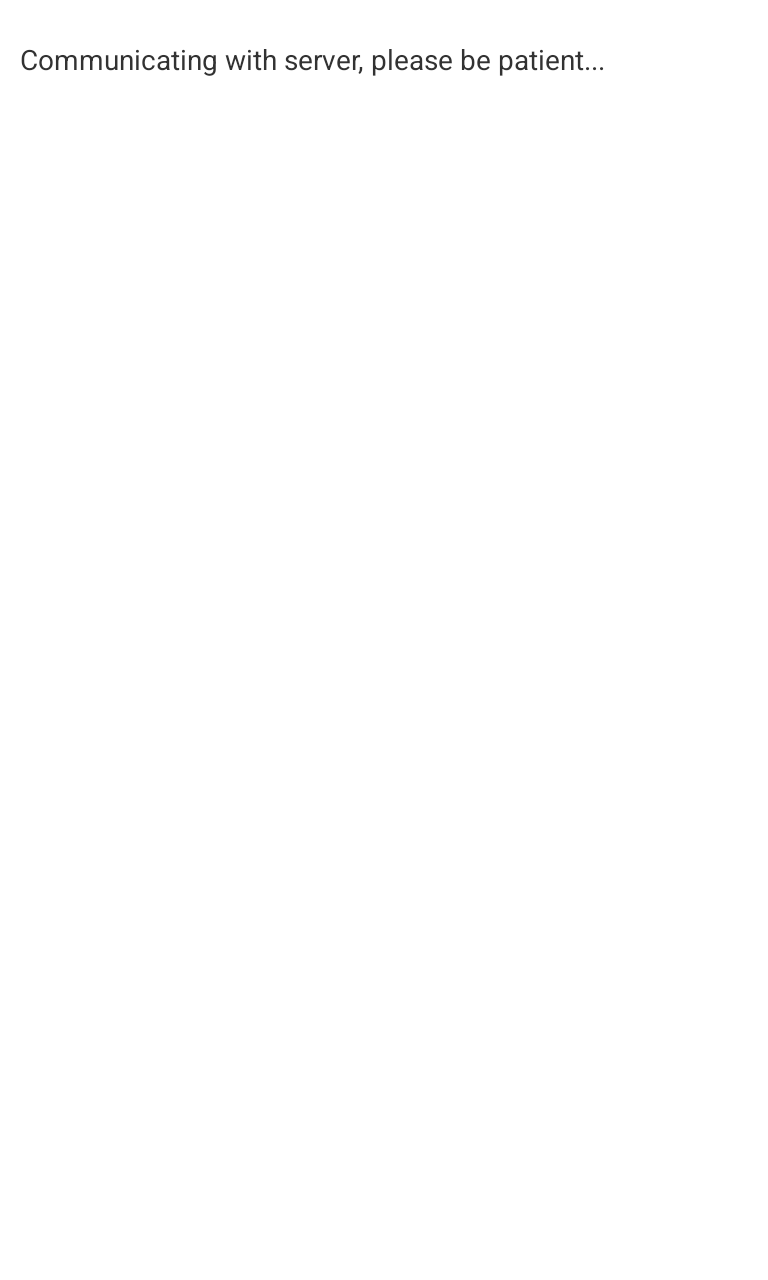
Repository: Tacohen/Killbots
Layout: Killbots/res/layout/cloud_communication.xml
The author's editor kept a copy of each file at every save. The layout is drawn from the files as they stood at one save, then again after the next save.
It is drawn on a 768 x 1280 px phone screen (xhdpi) without system bars, with theme AppTheme; the app's code is not run.

Above is the layout before, as saved 2013-12-10 03:10:43.

After the next save:
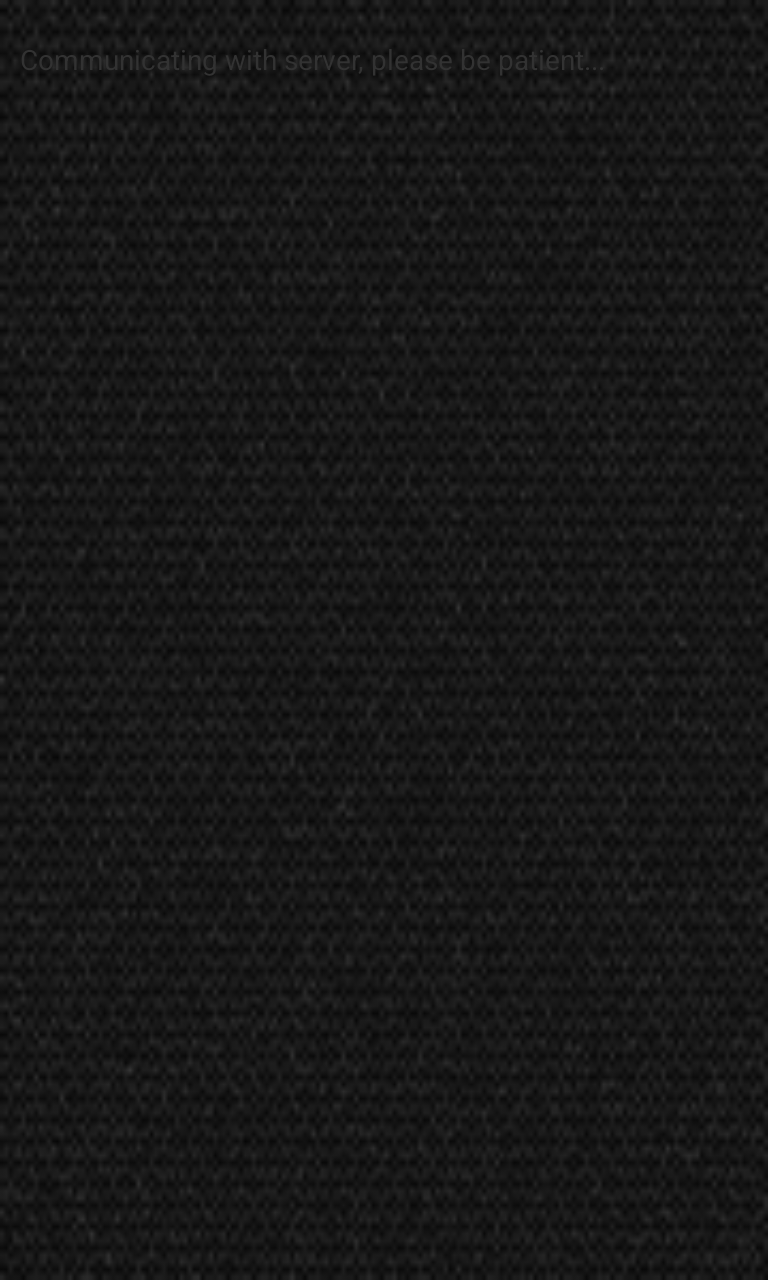
Saved 7 min 29 s later.
--- a/Killbots/res/layout/cloud_communication.xml
+++ b/Killbots/res/layout/cloud_communication.xml
@@ -3,6 +3,7 @@
         android:orientation="vertical"
         android:padding="10dip"
         android:layout_width="fill_parent"
+        android:background="@drawable/binding_dark"
         android:layout_height="wrap_content">
 
         <TextView
